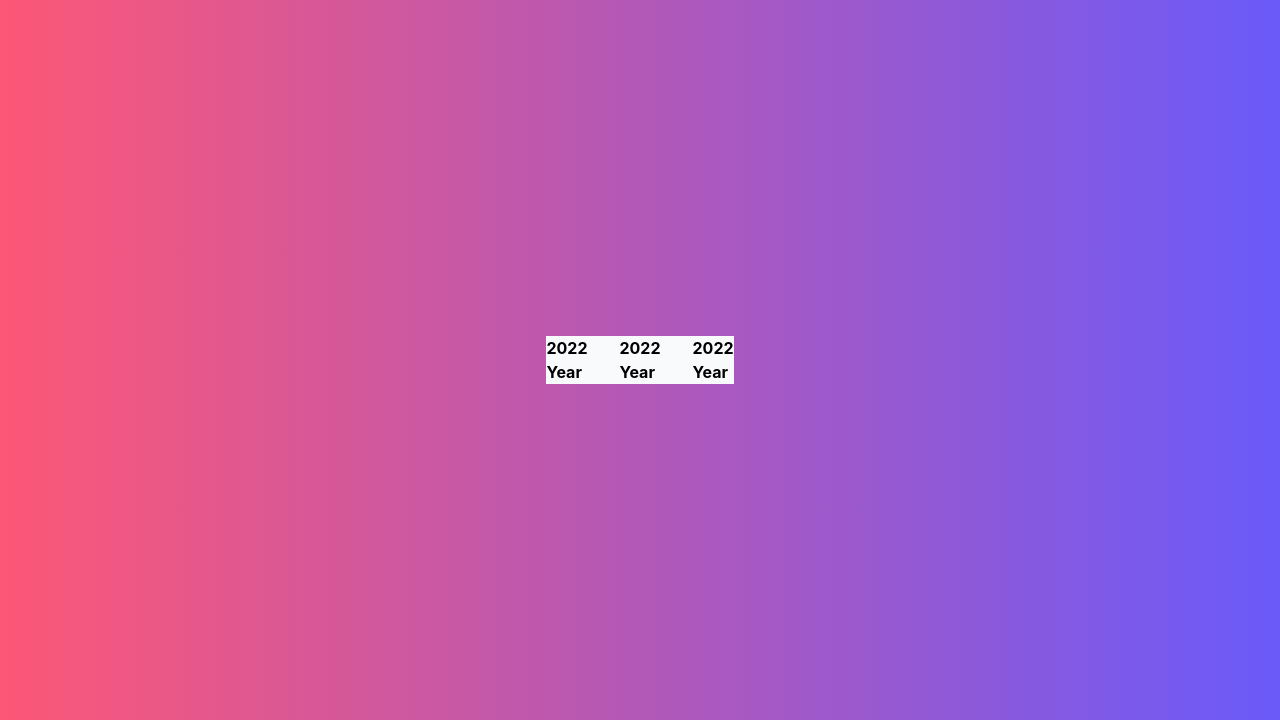
Repository: huynhsang96/bt_codegymHook
Page: /
The author's editor kept a copy of each file at every save. The page is drawn from the files as they stood at one save, then again after the next save.
The browser window is 1280 px wide. The pictures show the whole page.
The project was rebuilt for these pictures with package versions that can differ from the ones it lists, and the page was loaded fresh each time.

Above is the page before, as saved 2022-04-29 16:31:12.

### src/index.js
import React from "react";
import ReactDOM from "react-dom/client";
import "./index.css";
import App from "./App";
import reportWebVitals from "./reportWebVitals";

const root = ReactDOM.createRoot(document.getElementById("root"));
root.render(
	<React.StrictMode>
		<App />
	</React.StrictMode>
);

reportWebVitals();

### src/index.css
body {
	margin: 0;
	font-family: -apple-system, BlinkMacSystemFont, "Segoe UI", "Roboto", "Oxygen",
		"Ubuntu", "Cantarell", "Fira Sans", "Droid Sans", "Helvetica Neue",
		sans-serif;
	-webkit-font-smoothing: antialiased;
	-moz-osx-font-smoothing: grayscale;
}

code {
	font-family: source-code-pro, Menlo, Monaco, Consolas, "Courier New",
		monospace;
}
@tailwind base;
@tailwind components;
@tailwind utilities;

### src/App.js
import "./App.css";
import Clock from "./component/ClockHook/Clock";

function App() {
	return (
		<div>
			<Clock></Clock>
		</div>
	);
}

export default App;

### src/App.css
*,
*::before,
*::after {
	box-sizing: border-box;
}
* {
	margin: 0;
}

html,
body {
	height: 100%;
}
body {
	line-height: 1.5;
	-webkit-font-smoothing: antialiased;
	-webkit-tap-highlight-color: rgba(0, 0, 0, 0);

	background-image: linear-gradient(to right, #fc5776, #6a5af9);
	display: flex;
	justify-content: center;
	align-items: center;
	height: 100vh;
}

img,
picture,
video,
canvas,
svg {
	display: block;
	max-width: 100%;
}
input,
button,
textarea,
select {
	font: inherit;
	outline: none;
	border: none;
}
p,
h1,
h2,
h3,
h4,
h5,
h6 {
	overflow-wrap: break-word;
}

### src/component/ClockHook/Clock.js
import React, { useEffect, useState } from "react";

const Clock = () => {
	const [now, setNow] = useState(new Date());
	useEffect(() => {
		const timer = setInterval(() => {
			setNow(new Date());
		}, 1000);
		return () => clearInterval(timer);
	}, [now]);
	const years = now.getFullYear();
	const months = now.getMonth() + 1;
	const days = now.getDate();
	const hours = now.getHours();
	const minutes = now.getMinutes();
	const seconds = now.getSeconds();

	// console.log(seconds < 10 ? "0" + seconds : seconds);

	return (
		<div className="p-5 w-full h-full mx-auto">
			<ul className="flex flex-row gap-8 bg-slate-50">
				<li className="flex flex-col justify-center">
					<span className="font-bold">{years}</span>
					<span className="font-bold">Year</span>
				</li>
				<li className="flex flex-col justify-center">
					<span className="font-bold">{years}</span>
					<span className="font-bold">Year</span>
				</li>
				<li className="flex flex-col justify-center">
					<span className="font-bold">{years}</span>
					<span className="font-bold">Year</span>
				</li>
			</ul>
		</div>
	);
};

export default Clock;

Loaded but not shown: public/index.html (common file); src/reportWebVitals.js (common file); tailwind.config.js (common file)

After the next save:
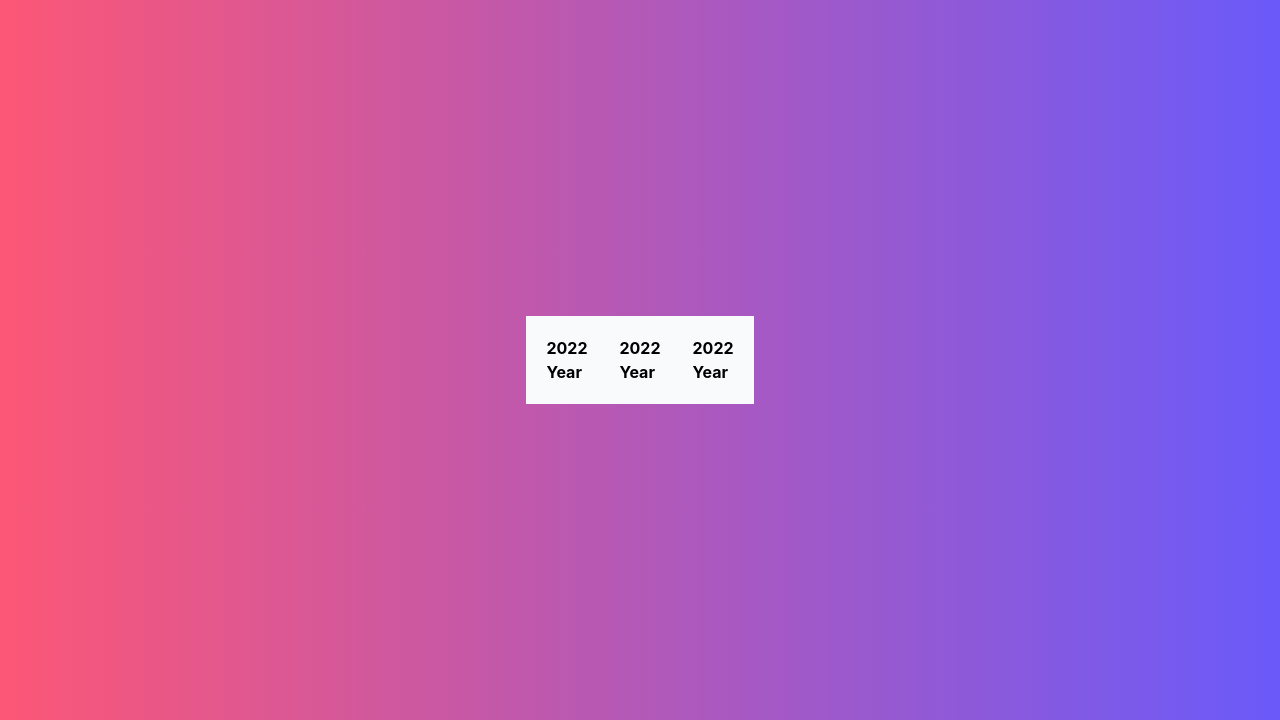
Saved 5 s later.
--- a/src/component/ClockHook/Clock.js
+++ b/src/component/ClockHook/Clock.js
@@ -19,7 +19,7 @@ const Clock = () => {
 
 	return (
 		<div className="p-5 w-full h-full mx-auto">
-			<ul className="flex flex-row gap-8 bg-slate-50">
+			<ul className="flex flex-row gap-8 bg-slate-50 p-5">
 				<li className="flex flex-col justify-center">
 					<span className="font-bold">{years}</span>
 					<span className="font-bold">Year</span>
